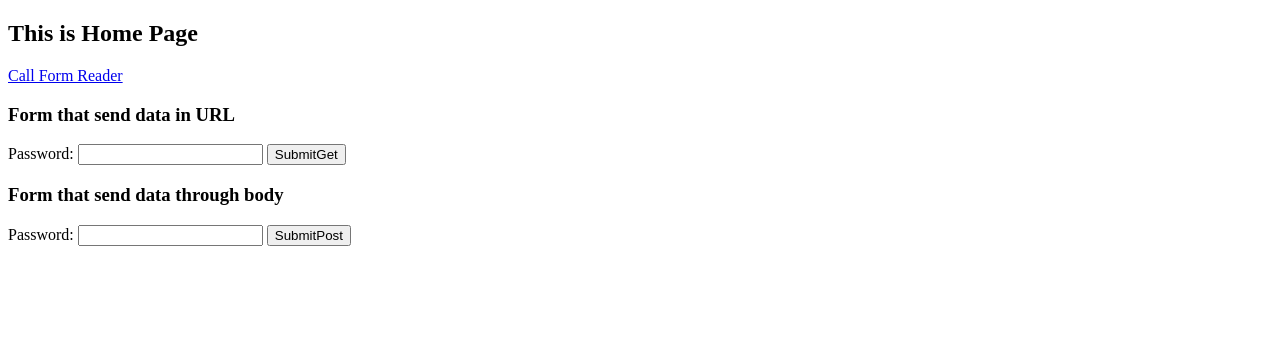
Repository: nikant20/Training
Page: javaee-web25/WebContent/home.html
An editor plug-in stored every save of this project. The page is shown before and after the next save, followed by the edit.
The browser window is 1280 px wide. The pictures show the whole page.

Above is the page before, as saved 2018-09-19 09:54:48.

After the next save:
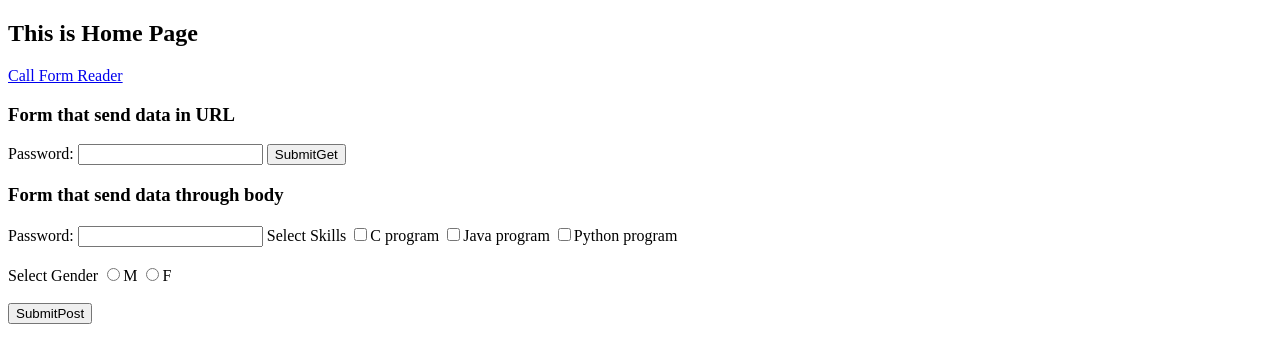
Saved 11 min 22 s later.
--- a/javaee-web25/WebContent/home.html
+++ b/javaee-web25/WebContent/home.html
@@ -20,6 +20,11 @@
 	<h3>Form that send data through body</h3>
 	<form action="FormReaderServlet" method="post">
 		Password: <input type="password" name="pass">
+		Select Skills <input type="checkbox" name="skills" value="C">C program
+					  <input type="checkbox" name="skills" value="J">Java program
+					  <input type="checkbox" name="skills" value="P">Python program<br><br>
+		Select Gender <input type="radio" name="gender" value="Male">M
+					  <input type="radio" name="gender" value="Female">F<br><br>
 		<input type="submit" value="SubmitPost">
 	</form>
 
